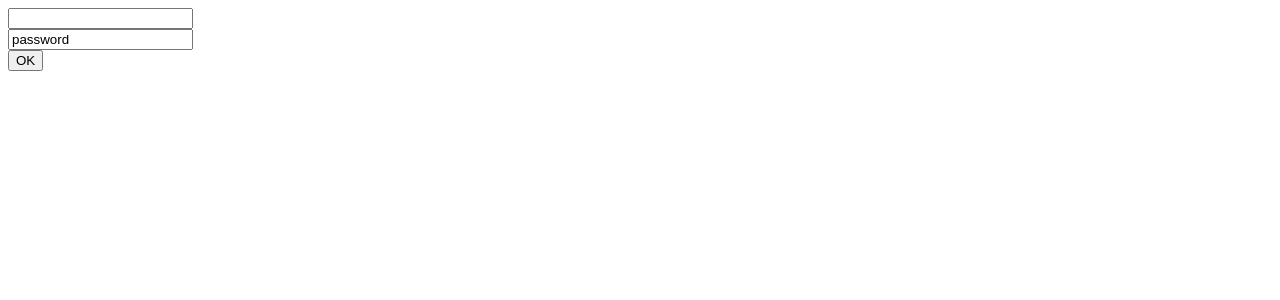
Repository: kanastasov/Java-Web-App
Page: http://localhost/3.1-Forms/beanForm.jsp
An editor plug-in stored every save of this project. The page is shown before and after the next save, followed by the edit.
The browser window is 1280 px wide. The pictures show the whole page.
The page is served by Tomcat 9. Other server files are loaded and not shown.

Above is the page before, as saved 2015-01-03 16:43:41.

### 3.1-Forms/WebContent/beanForm.jsp
<%@ page language="java" contentType="text/html; charset=ISO-8859-1"
    pageEncoding="ISO-8859-1"%>
<!DOCTYPE html PUBLIC "-//W3C//DTD HTML 4.01 Transitional//EN" "http://www.w3.org/TR/html4/loose.dtd">
<html>
<head>
<meta http-equiv="Content-Type" content="text/html; charset=ISO-8859-1">
<title>Insert title here</title>
</head>
<body>



<form action = "/3.1-Forms/formhandler.jsp" method = "post">

<input type = "text" name = "user" /> <br/>
<input type = "text" value = "password" /> <br/>

<input type = "submit" value = "OK" />
</form>

</body>
</html>

After the next save:
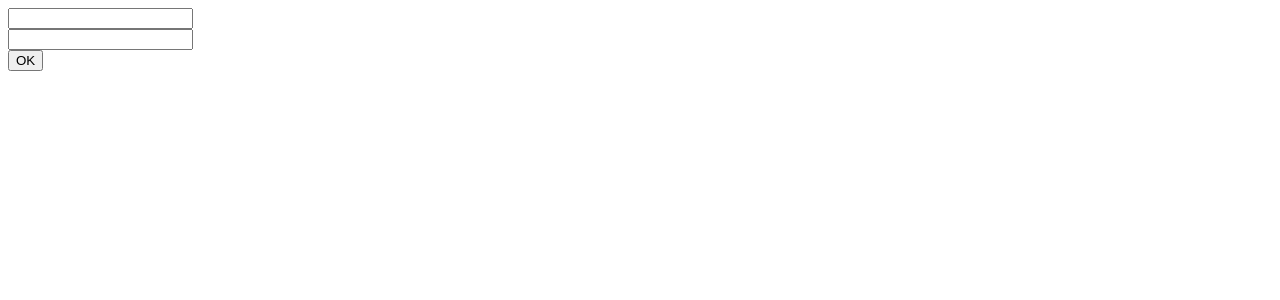
Saved 32 s later.
--- a/3.1-Forms/WebContent/beanForm.jsp
+++ b/3.1-Forms/WebContent/beanForm.jsp
@@ -13,7 +13,7 @@
 <form action = "/3.1-Forms/formhandler.jsp" method = "post">
 
 <input type = "text" name = "user" /> <br/>
-<input type = "text" value = "password" /> <br/>
+<input type = "text" name = "password" /> <br/>
 
 <input type = "submit" value = "OK" />
 </form>
